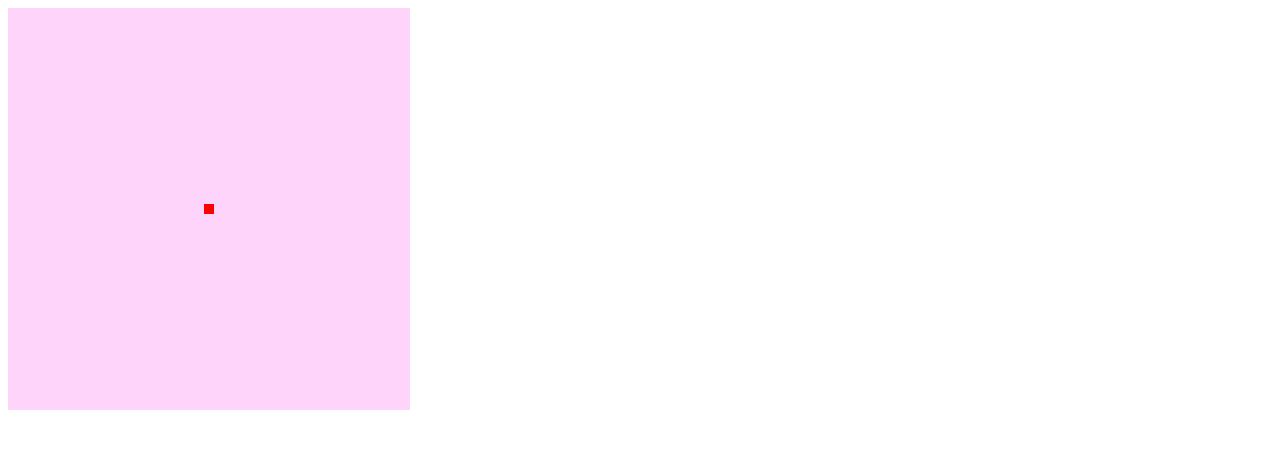
Repository: HyunraDate/ZhongpingShen
Page: Chocolate.html
An editor plug-in stored every save of this project. The page is shown before and after the next save, followed by the edit.
The browser window is 1280 px wide. The pictures show the whole page.

Above is the page before, as saved 2024-02-14 16:10:11.

After the next save:
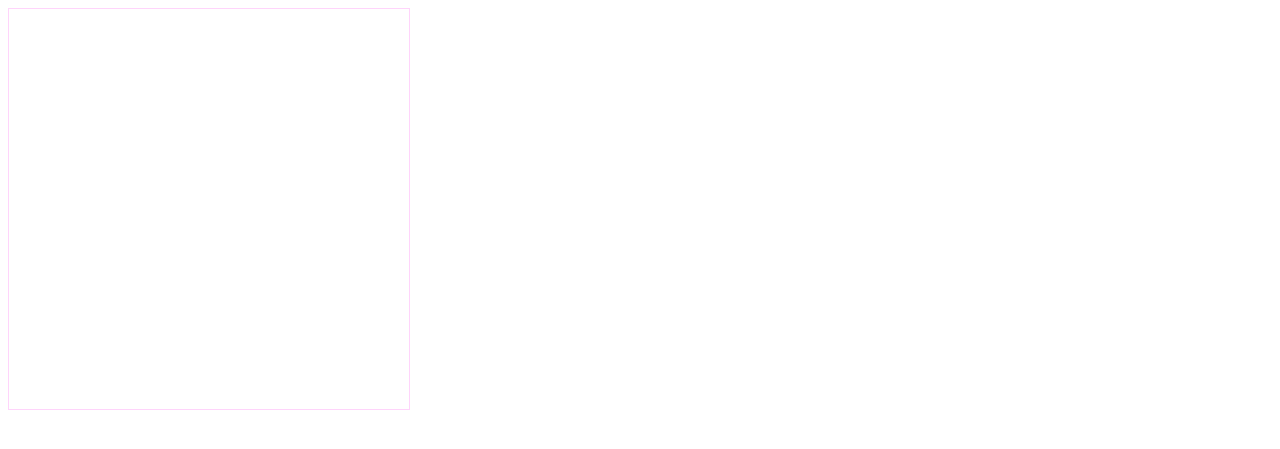
Console error: ReferenceError: vertexShader is not defined
Saved 4 min 38 s later.
--- a/app.js
+++ b/app.js
@@ -17,11 +17,17 @@
     gl_FragColor = vec4(1.0, 0.0, 0.0, 1.0);
 }
 `
+//Step3 封装成初始化的Shader 后面可以一直用
+function initShaders(gl, vertexSource, fragmentSource) {
+    let vertexShader = createShader(gl, gl.VERTEX_SHADER, vertexSource)
+    let fragmentShader= createShader(gl, gl.FRAGMENT_SHADER, fragmentSource)
+}
+
 
 //this is 容器
 //let`s 封装
 /**
- * create Shades
+ * create Shades Step1
  */
 function createShader(gl, type, source){
     let shader = gl.createShader(type)
@@ -41,9 +47,9 @@
     }
 }
 
-//咁你就可以直接调用函数啦
-let vertexShader = createShader(gl, gl.VERTEX_SHADER, vertexSource)
-let fragmentShader= createShader(gl, gl.FRAGMENT_SHADER, fragmentSource)
+//咁你就可以直接调用函数啦 //封装去function initShaders里面啦
+// let vertexShader = createShader(gl, gl.VERTEX_SHADER, vertexSource)
+// let fragmentShader= createShader(gl, gl.FRAGMENT_SHADER, fragmentSource)
 
 //U dont need these anymore, they are in function now
 // let vertexShader = gl.createShader(gl.VERTEX_SHADER)
@@ -56,6 +62,9 @@
 // gl.compileShader(fragmentShader)
 
 //program
+/**
+ * create Program Step2
+ */
 function createProgram(gl, vertexShader, fragmentShader){ //()内传入参数
     let program = gl.createProgram()
     if(!program) return null //d.h 创建的时候如果有问题会变成null

After the save that followed:
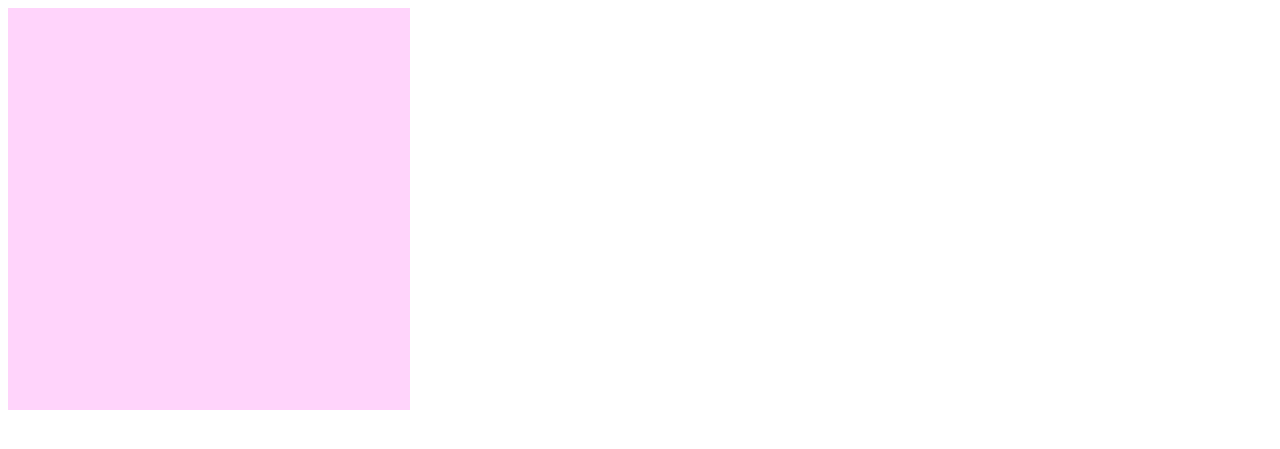
The error is gone.
Saved 42 s later.
--- a/app.js
+++ b/app.js
@@ -21,6 +21,7 @@
 function initShaders(gl, vertexSource, fragmentSource) {
     let vertexShader = createShader(gl, gl.VERTEX_SHADER, vertexSource)
     let fragmentShader= createShader(gl, gl.FRAGMENT_SHADER, fragmentSource)
+    createProgram(gl, vertexShader, fragmentShader)
 }
 
 
@@ -90,7 +91,8 @@
 
 }
 
-createProgram(gl, vertexShader, fragmentShader)
+//你也要封装去function initShaders里面啦
+// createProgram(gl, vertexShader, fragmentShader)
 
 //webgl (3d) //清空canvas画布
 //gl.clearColor(0.5, 0.5, 0.5, 1.0)  //(0.0, 0.0, 0.0, 1.0)Black //RGB + Ahpha透明通道，0.0完全透明
